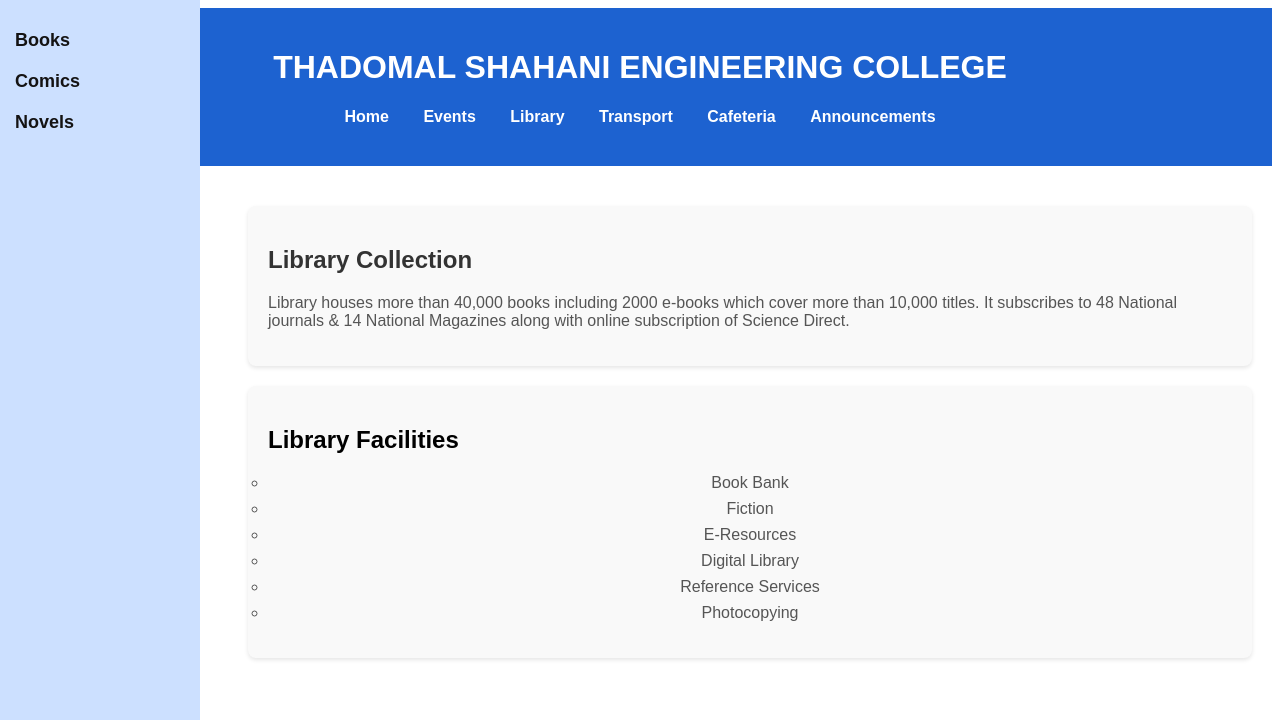
Repository: TejasS1233/MINITHON-hackathon-project
Page: Rishit.html
These files come from the project's save history. The page is drawn as it stood at one moment and after the next save; the edit follows.
The browser window is 1280 px wide. The pictures show the whole page.

Above is the page before, as saved 2024-09-20 14:21:01.

After the next save:
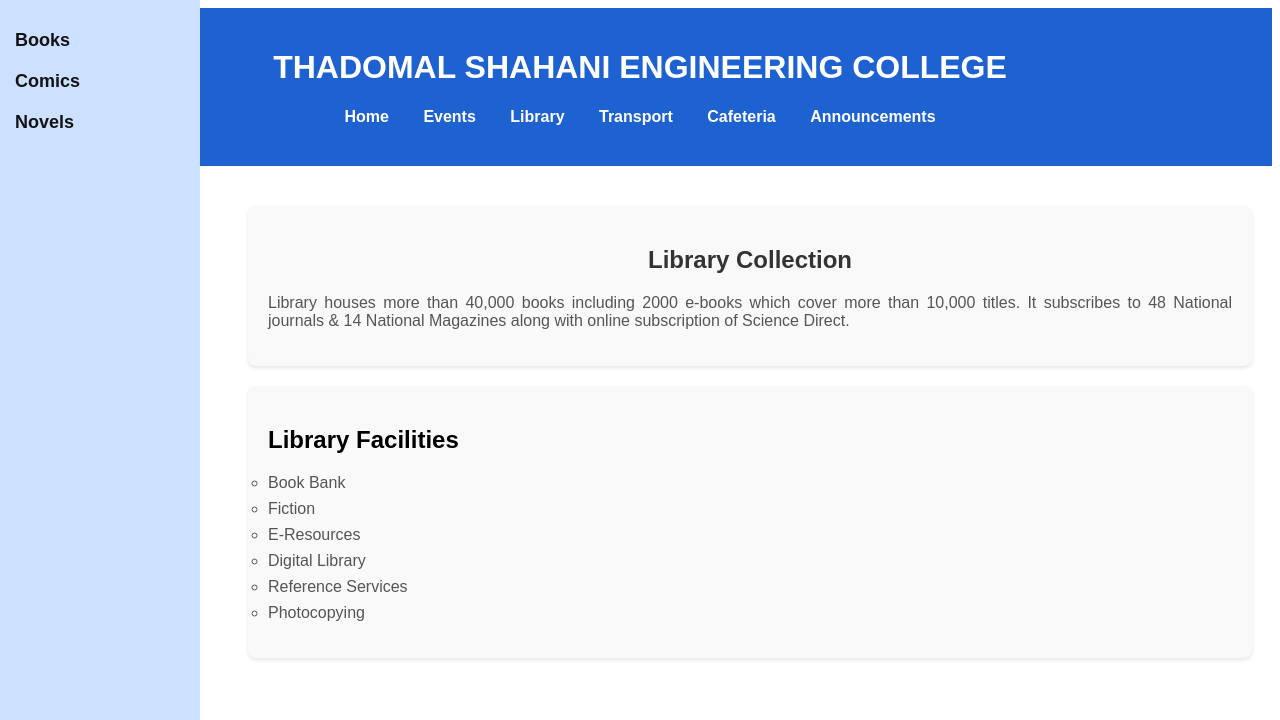
Saved 11 s later.
--- a/Rishit.html
+++ b/Rishit.html
@@ -67,12 +67,12 @@
         }
 
         .info-container h2 {
-            text-align: left;
+            text-align: center;
             color: #333;
         }
 
         .info-container p {
-            text-align: left;
+            text-align: justify;
             color: #555;
         }
 
@@ -92,7 +92,7 @@
 
         .facilities-container li {
             margin: 8px 0;
-            text-align: center;
+            text-align: left;
         }
         :root
         {
